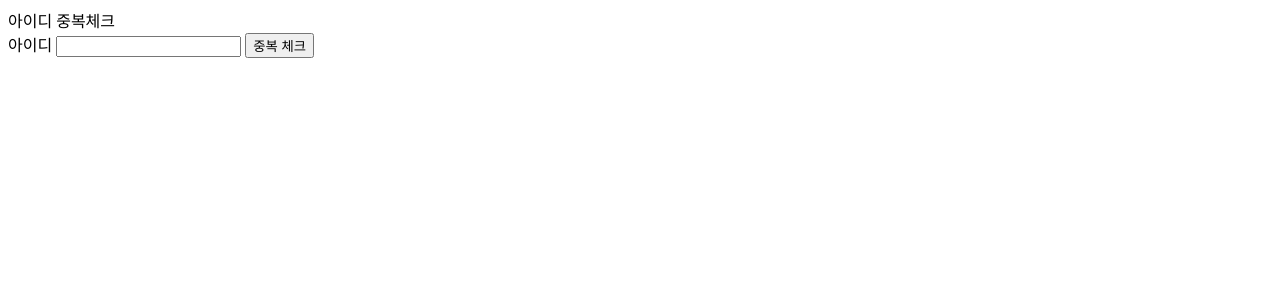
Repository: InhoKang92/jsp_1018
Page: http://localhost/Web_01/idcheck.jsp
An editor plug-in stored every save of this project. The page is shown before and after the next save, followed by the edit.
The browser window is 1280 px wide. The pictures show the whole page.
The page is served by Tomcat 9. Other server files are loaded and not shown.

Above is the page before, as saved 2024-10-16 04:08:43.

### Web_01/src/main/webapp/idcheck.jsp
<%@ page language="java" contentType="text/html; charset=UTF-8"
pageEncoding="UTF-8"%>
<%@ taglib uri="http://java.sun.com/jsp/jstl/core" prefix="c"%>

<!DOCTYPE html>
<html>
<head>
<meta charset="UTF-8">
<script type="text/javascript" src="script/member.js"></script>

<title>Insert title here</title>
</head>
<body>

<form action="ModernServlet" method="get" name="frm">
<input type="hidden" name="command" value="mdh_idcheck">
<div class="title_box">아이디 중복체크</div>
    아이디 <input type=text name="userid" value="${userid}">
    <input type=submit value="중복 체크"> <br>
    <c:if test="${result == 1}">
	<script type="text/javascript">
		opener.document.frm.userid.value = "";
	</script>
	${userid}는 이미 사용 중인 아이디입니다.
    </c:if>
    <c:if test="${result==-1}">
	${userid}는 사용 가능한 아이디입니다.
	<input type="button" value="사용" class="cancel" onclick="idok('{userid}')">
    </c:if>
</form>

</body>
</html>

### Web_01/src/main/webapp/script/member.js

function loginCheck() {
	if (document.frm.userid.value.length == 0) {
		alert("아이디를 써주세요");
		frm.userid.focus();
		return false;
	}
	if (document.frm.pwd.value == "") {
		alert("암호는 반드시 입력해야 합니다.");
		frm.pwd.focus();
		return false;
	}
	return true;
}

function idCheck() {
	if (document.frm.userid.value == "") {
		alert('아이디를 입력하여 주십시오.');
		document.frm.userid.focus();
		return;
	}
	var url = "ModernServlet?command=mdh_idcheck&userid=" + document.frm.userid.value;
	window.open(url, "_blank_1", "toolbar=no, menubar=no, scrollbars=yes, resizable=no, width=450, height=200");
}

function idok(userid) {
	opener.frm.userid.value = document.frm.userid.value;
	opener.frm.reid.value = document.frm.userid.value;
	self.close();
}

function joinCheck() {
	if (document.frm.username.value.length == 0) {
		alert("이름을 써주세요.");
		frm.username.focus();
		return false;
	}
	if (document.frm.userid.value.length == 0) {
		alert("아이디를 써주세요");
		frm.userid.focus();
		return false;
	}
	if (document.frm.userid.value.length < 4) {
		alert("아이디는 4글자이상이어야 합니다.");
		frm.userid.focus();
		return false;
	}
	if (document.frm.pwd.value == "") {
		alert("암호는 반드시 입력해야 합니다.");
		frm.pwd.focus();
		return false;
	}
	if (document.frm.pwd.value != document.frm.pwd_check.value) {
		alert("암호가 일치하지 않습니다.");
		frm.pwd.focus();
		return false;
	}
	if (document.frm.reid.value.length == 0) {
		alert("중복 체크를 하지 않았습니다.");
		frm.userid.focus();
		return false;
	}
	return true;
}

After the next save:
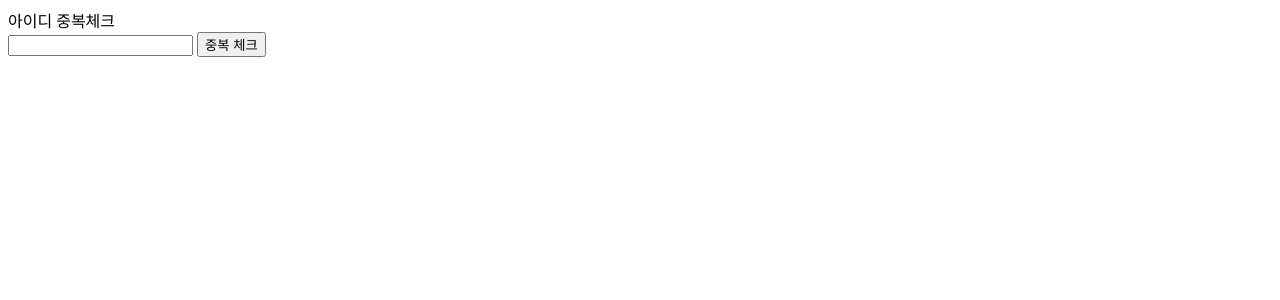
Saved 28 s later.
--- a/Web_01/src/main/webapp/idcheck.jsp
+++ b/Web_01/src/main/webapp/idcheck.jsp
@@ -15,7 +15,7 @@ pageEncoding="UTF-8"%>
 <form action="ModernServlet" method="get" name="frm">
 <input type="hidden" name="command" value="mdh_idcheck">
 <div class="title_box">아이디 중복체크</div>
-    아이디 <input type=text name="userid" value="${userid}">
+    <input type=text name="userid" value="${userid}">
     <input type=submit value="중복 체크"> <br>
     <c:if test="${result == 1}">
 	<script type="text/javascript">
